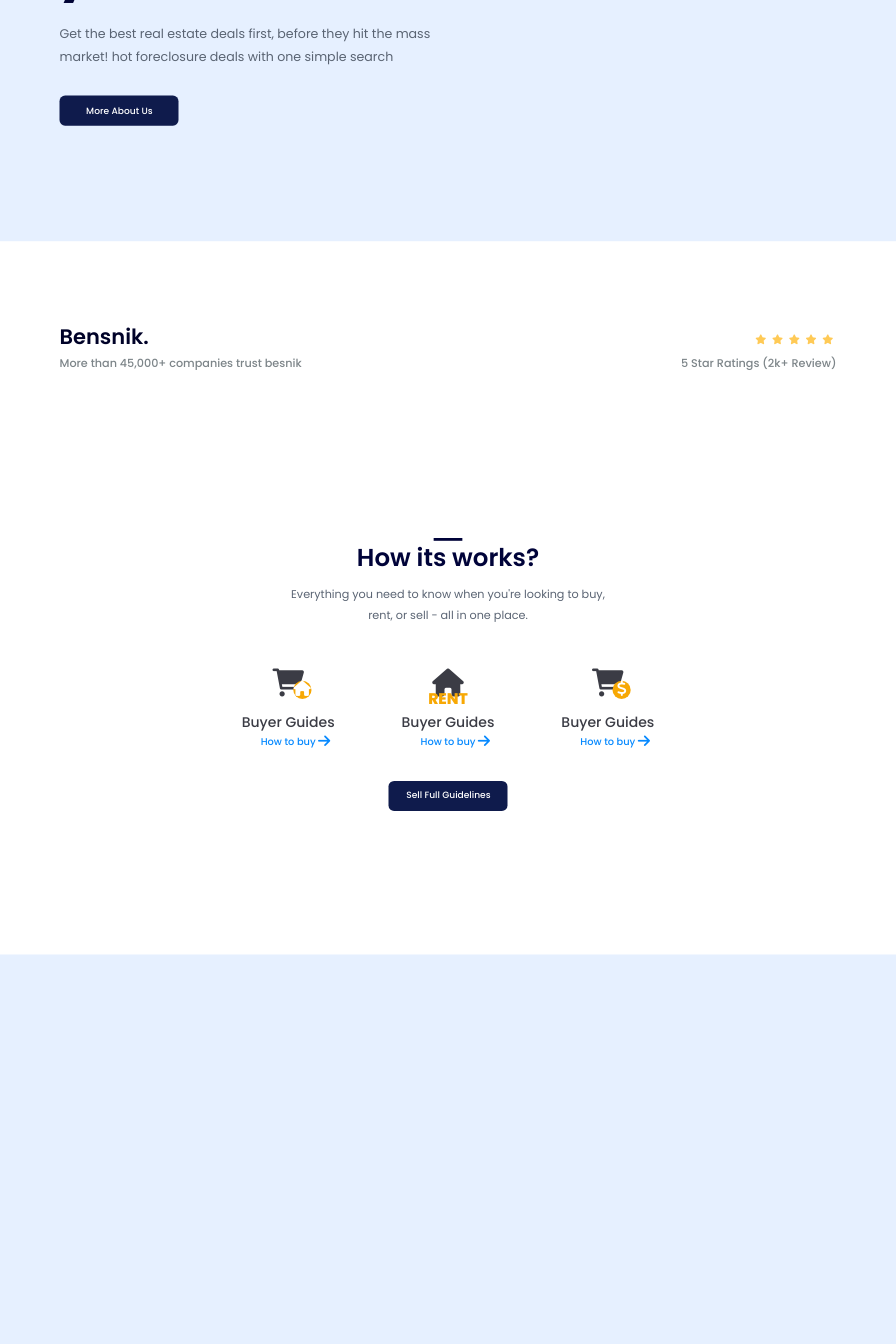
Repository: kauittt/f8-htmlcss-01
Page: index.html
An editor plug-in stored every save of this project. The page is shown before and after the next save, followed by the edit.
The browser window is 1280 px wide. The pictures show the part of the page from y = 392 to 2312 px (the page is 3771 px tall), at 70% of full size.

Above is the page before, as saved 2022-12-31 21:10:40.

After the next save:
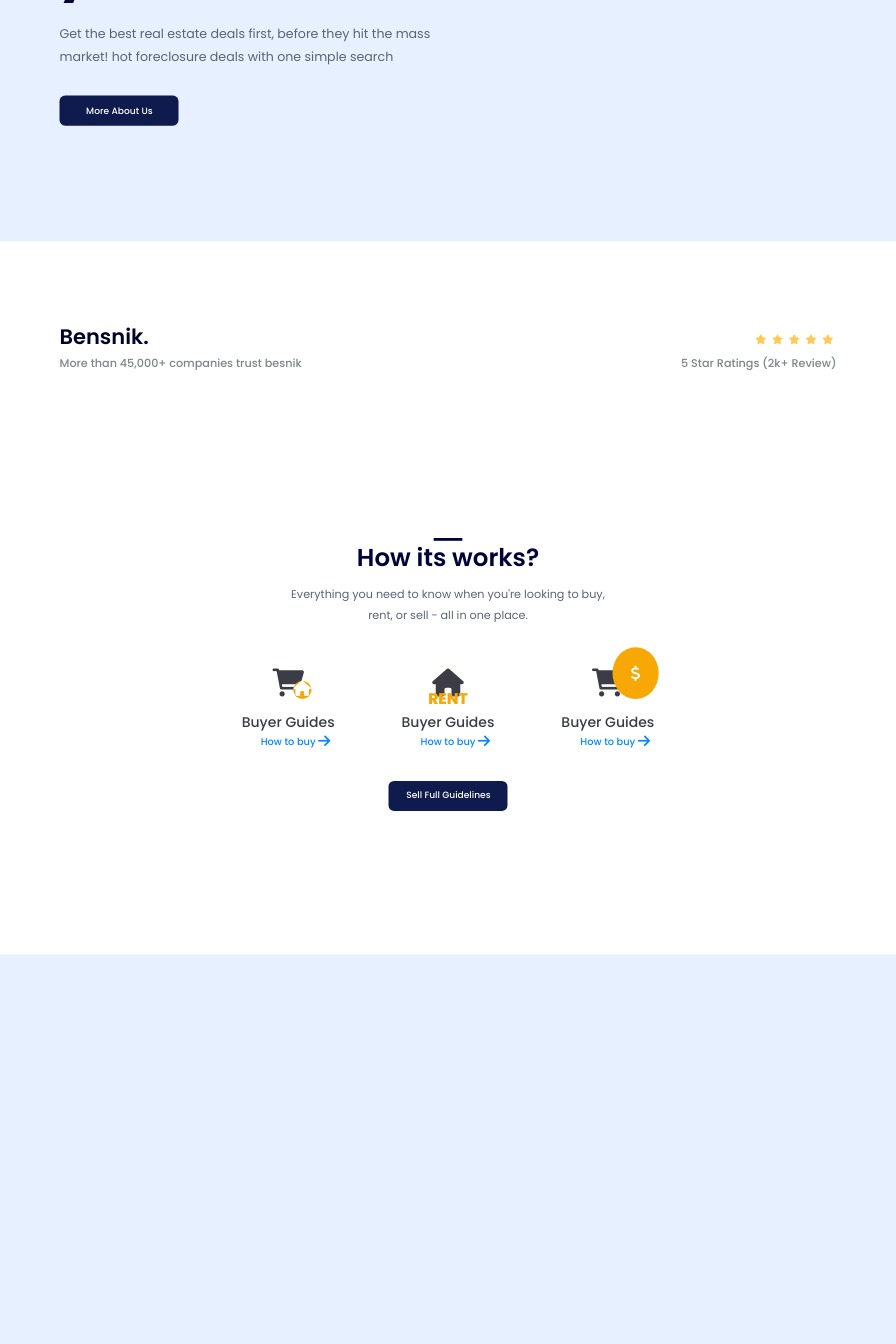
Saved 31 s later.
--- a/assets/css/styles.css
+++ b/assets/css/styles.css
@@ -236,8 +236,7 @@
     bottom: 67px;
     background: #f7a804;
     color: white;
-    width: 2.6rem;
-    height: 2.6rem;
+    padding: 2.6rem;
     border-radius: 50%;
 }
 

After the save that followed:
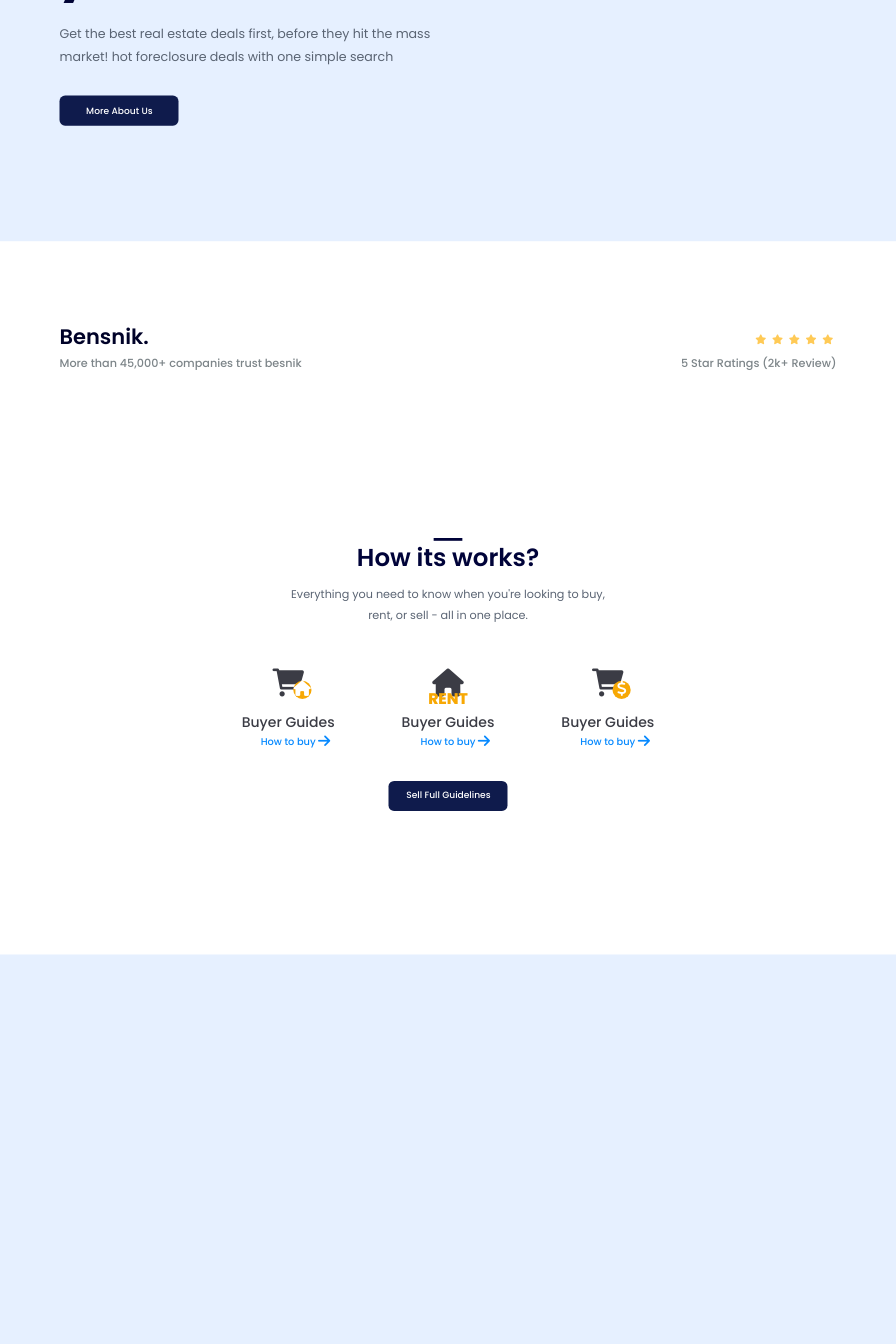
Saved 4 s later.
--- a/assets/css/styles.css
+++ b/assets/css/styles.css
@@ -236,7 +236,8 @@
     bottom: 67px;
     background: #f7a804;
     color: white;
-    padding: 2.6rem;
+    width: 2.6rem;
+    height: 2.6rem;
     border-radius: 50%;
 }
 
